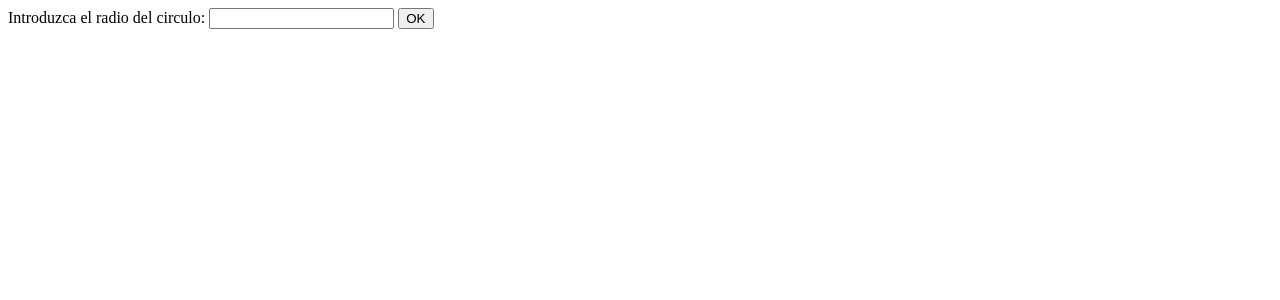
Repository: Matmart13/Acceso-a-Datos-2
Page: http://localhost/JSP1/Ejercicio1.jsp
An editor plug-in stored every save of this project. The page is shown before and after the next save, followed by the edit.
The browser window is 1280 px wide. The pictures show the whole page.
The page is served by Tomcat 9.

Above is the page before, as saved 2023-01-30 14:08:52.

### JSP1/src/main/webapp/Ejercicio1.jsp
<%-- Ejercicio 1.jsp --%>
<%@page contentType="text/html" pageEncoding="UTF-8"%>
<!DOCTYPE html>
<html>
<head>
<meta http-equiv="Content-Type" content="text/html; charset=UTF-8">
</head>
<body>
<form method="get" action="resultcir.jsp">
Introduzca el radio  del circulo:
<input type="text" name="numeroIntro">
<input type="submit" value="OK">
</form>
</body>
</html>

After the next save:
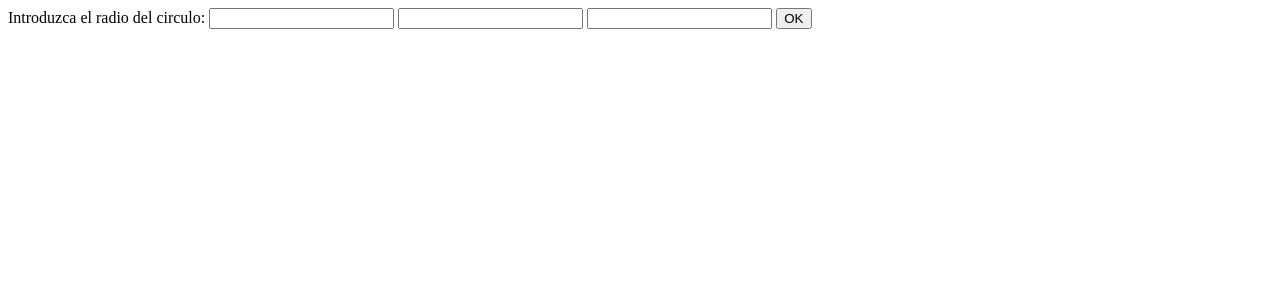
Saved 75 s later.
--- a/JSP1/src/main/webapp/Ejercicio1.jsp
+++ b/JSP1/src/main/webapp/Ejercicio1.jsp
@@ -8,7 +8,9 @@
 <body>
 <form method="get" action="resultcir.jsp">
 Introduzca el radio  del circulo:
-<input type="text" name="numeroIntro">
+<input type="text" name="numero1">
+<input type="text" name="numero2">
+<input type="text" name="numero2">
 <input type="submit" value="OK">
 </form>
 </body>
